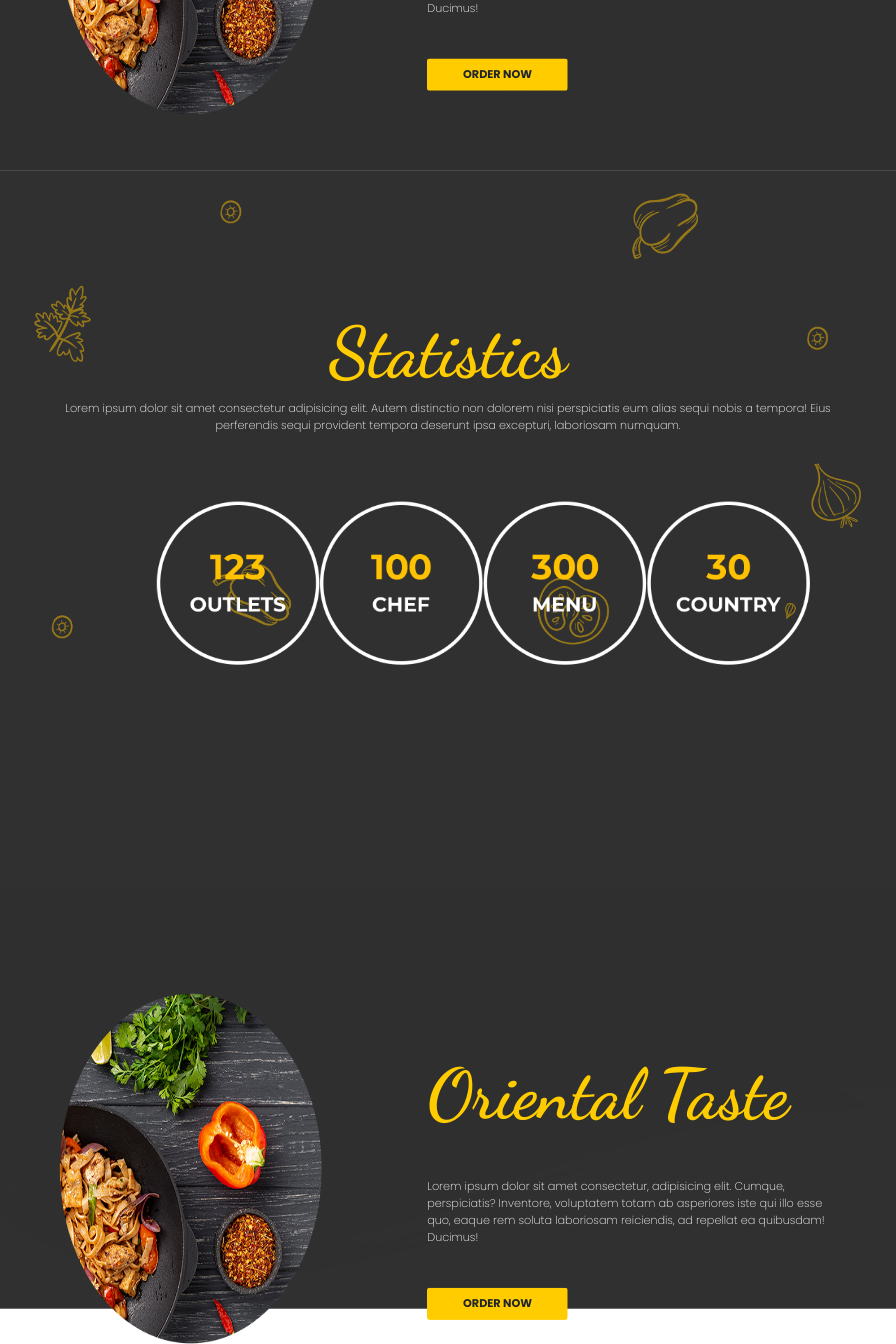
Repository: iphoneboy46/templateRestaurent
Page: index.html
An editor plug-in stored every save of this project. The page is shown before and after the next save, followed by the edit.
The browser window is 1280 px wide. The pictures show the part of the page from y = 2341 to 4261 px (the page is 4261 px tall before and 4081 px after), at 70% of full size.

Above is the page before, as saved 2022-10-12 16:30:49.

### index.html
<!DOCTYPE html>
<html lang="en">

<head>
    <meta charset="UTF-8">
    <meta http-equiv="X-UA-Compatible" content="IE=edge">
    <meta name="viewport" content="width=device-width, initial-scale=1.0">
    <link rel="stylesheet" href="https://cdn.jsdelivr.net/npm/bootstrap@4.3.1/dist/css/bootstrap.min.css"
        integrity="sha384-ggOyR0iXCbMQv3Xipma34MD+dH/1fQ784/j6cY/iJTQUOhcWr7x9JvoRxT2MZw1T" crossorigin="anonymous">
    <script src="https://code.jquery.com/jquery-3.3.1.slim.min.js"
        integrity="sha384-q8i/X+965DzO0rT7abK41JStQIAqVgRVzpbzo5smXKp4YfRvH+8abtTE1Pi6jizo"
        crossorigin="anonymous"></script>
    <script src="https://cdn.jsdelivr.net/npm/popper.js@1.14.7/dist/umd/popper.min.js"
        integrity="sha384-UO2eT0CpHqdSJQ6hJty5KVphtPhzWj9WO1clHTMGa3JDZwrnQq4sF86dIHNDz0W1"
        crossorigin="anonymous"></script>
    <script src="https://cdn.jsdelivr.net/npm/bootstrap@4.3.1/dist/js/bootstrap.min.js"
        integrity="sha384-JjSmVgyd0p3pXB1rRibZUAYoIIy6OrQ6VrjIEaFf/nJGzIxFDsf4x0xIM+B07jRM"
        crossorigin="anonymous"></script>
    <link rel="stylesheet" href="https://cdnjs.cloudflare.com/ajax/libs/font-awesome/6.2.0/css/all.min.css"
        integrity="sha512-xh6O/CkQoPOWDdYTDqeRdPCVd1SpvCA9XXcUnZS2FmJNp1coAFzvtCN9BmamE+4aHK8yyUHUSCcJHgXloTyT2A=="
        crossorigin="anonymous" referrerpolicy="no-referrer" />
    <link rel="stylesheet" href="style.css">
    <title>Document</title>
</head>

<body>
    <header class="header container-fluid">
        <nav class="menu__list pt-3">
           <div class="logo">
                <a class="navbar-brand">
                    <img src="images/logo.png" alt="">
                </a>
           </div>
            <ul class="menu__items">
                <li class="nav-item">
                    <a class="nav-link text-white" href="#">Home</a>
                </li>
                <li class="nav-item">
                    <a class="nav-link text-white" href="#">Product</a>
                </li>
                <li class="nav-item">
                    <a class="nav-link text-white" href="#">Promo</a>
                </li>
                <li class="nav-item">
                    <a class="nav-link text-white" href="#">About</a>
                </li>
                <li class="nav-item">
                    <a class="nav-link text-white" href="#">Contact</a>
                </li>
            </ul>
            <div class="item--search">
                <i class="fa-solid fa-magnifying-glass"></i>
            </div>
        </nav>
        <div class="header__content">
            <h1>Title Here</h1>
            <p>Lorem ipsum dolor sit amet consectetur, adipisicing elit. Cumque, perspiciatis? Inventore, voluptatem totam ab asperiores iste qui illo esse quo, eaque rem soluta laboriosam reiciendis, ad repellat ea quibusdam! Ducimus!</p>
            <button type="button" class="btn">ORDER NOW</button>
        </div>
    </header>
    <section class="section">
        <div class="section__best-seller container">
            <h1>Best seller</h1>
            <p>Lorem ipsum dolor sit amet consectetur adipisicing elit. Autem distinctio non dolorem nisi perspiciatis eum alias sequi nobis a tempora! Eius perferendis sequi provident tempora deserunt ipsa excepturi, laboriosam numquam.</p>
            <div class="section__best-seller--list">
                <div class="section__best-seller--item">
                    <div>
                        <img src="images/img1.png" alt="">
                    </div>
                    <div>
                        <h2>Title Here</h2>
                    </div>
                    <div>
                        <p>Lorem ipsum dolor sit amet consectetur adipisicing elit. </p>
                    </div>
                </div>
                <div class="section__best-seller--item">
                    <div>
                        <img src="images/img2.png" alt="">
                    </div>
                    <div>
                        <h2>Title Here</h2>
                    </div>
                    <div>
                        <p>Lorem ipsum dolor sit amet consectetur adipisicing elit. </p>
                    </div>
                </div>
                <div class="section__best-seller--item">
                    <div>
                        <img src="images/img3.png" alt="">
                    </div>
                    <div>
                        <h2>Title Here</h2>
                    </div>
                    <div>
                        <p>Lorem ipsum dolor sit amet consectetur adipisicing elit. </p>
                    </div>
                </div>
            </div>
        </div>
        <div class="section__Oriental">
           <div class="section__Oriental--content container">
                <div class="section__Oriental--img">
                    <img src="images/img8.png" alt="">
                </div>
                <div class="section__Oriental--title">
                    <h1>Oriental Taste</h1>
                    <p>Lorem ipsum dolor sit amet consectetur, adipisicing elit. Cumque, perspiciatis? Inventore, voluptatem totam ab asperiores iste qui illo esse quo, eaque rem soluta laboriosam reiciendis, ad repellat ea quibusdam! Ducimus!</p>
                    <button type="button" class="btn">ORDER NOW</button>
                </div>
           </div>
        </div>
        <div class="section__Statistics">
            <div class="section__Statistics--title container">
                <h1>Statistics</h1>
                <p>Lorem ipsum dolor sit amet consectetur adipisicing elit. Autem distinctio non dolorem nisi perspiciatis eum alias sequi nobis a tempora! Eius perferendis sequi provident tempora deserunt ipsa excepturi, laboriosam numquam.</p>
            </div>
            <div class="section__Statistics--img">
                <img src="images/img7.png" alt="">
                <img src="images/img6.png" alt="">
                <img src="images/img5.png" alt="">
                <img src="images/img4.png" alt="">
            </div>
            <div class="section__Chicken">
                <div class="section__Oriental--content container">
                    <div class="section__Oriental--img">
                        <img src="images/img8.png" alt="">
                    </div>
                    <div class="section__Oriental--title">
                        <h1>Oriental Taste</h1>
                        <p>Lorem ipsum dolor sit amet consectetur, adipisicing elit. Cumque, perspiciatis? Inventore, voluptatem totam ab asperiores iste qui illo esse quo, eaque rem soluta laboriosam reiciendis, ad repellat ea quibusdam! Ducimus!</p>
                        <button type="button" class="btn">ORDER NOW</button>
                    </div>
               </div>
            </div>
        </div>
    </section>
</body>

</html>

### style.css
@import url('https://fonts.googleapis.com/css2?family=Poppins:wght@200&display=swap');
@import url('https://fonts.googleapis.com/css2?family=Dancing+Script:wght@700&family=Great+Vibes&family=Pacifico&family=Poppins:wght@200;700&family=Yellowtail&display=swap');
@import url('https://fonts.googleapis.com/css2?family=Dancing+Script:wght@700&family=Pacifico&family=Poppins:wght@200&display=swap');


* {
    padding: 0;
    margin: 0;
    box-sizing: border-box;
    font-family: 'Poppins', sans-serif;
    text-decoration: none;
    list-style: none;
}

.logo {
    width: 30%;
}

.header {
    background-image: url(images/header.png);
    width: 100%;
    height: 1000px;
    background-size: 100%;
    background-repeat: no-repeat;
    object-fit: fill;
}

.menu__list {
    display: flex;
    justify-content: space-between;
    align-items: center;
}

.menu__items {
    display: flex;
    justify-content: space-between;
    align-items: center;
    width: 50%;
}

.menu__items li a {
    font-size: 30px;
}


.item--search i {
    margin-right: 10px;
    color: white;
    font-size: 30px;
}

.header__content {
    width: 635px;
    position: absolute;
    top: 50%;
    left: 65%;
    transform: translate(-50%, -50%)
}



.header__content h1 {
    color: #ffcc00;
    font-size: 130px;
    font-weight: bold;
    font-family: 'Dancing Script', sans-serif;
}

.header__content p {
    font-size: 18px;
    color: white;
    line-height: 30px;
    margin-top: 30px;
    margin-bottom: 30px;
}

.header__content .btn {
    background-color: #ffcc00;
    font-weight: 800;
    padding: 10px 50px;
}

.section {
    margin-top: 140px;
}

.section__best-seller h1 {
    text-align: center;
    font-size: 50px;
    font-family: 'Dancing Script', sans-serif;
}

.section__best-seller p {
    text-align: center;
    font-weight: 500;
    margin-top: 20px;
    margin-bottom: 40px;
}

.section__best-seller--list {
    display: flex;
    justify-content: space-between;
    align-items: center;
}

.section__best-seller--item {
    display: flex;
    flex-direction: column;
    justify-content: space-around;
    align-items: center;
}

.section__best-seller--item h2 {
    text-align: center;
    margin-top: 5px;
    font-family: 'Dancing Script', sans-serif;
    font-weight: bolder;
}

.section__Oriental {
    margin-top: 150px;
    background-image: url(images/Design3.png);
    width: 100%;
    background-repeat: no-repeat;
    background-size: 100%;
    padding-bottom: 80px;
}

.section__Oriental--content {
    display: flex;
    justify-content: space-between;
    align-items: center;
}

.section__Oriental--img {
    margin-top:150px;
    width: 100%;
    height: 500px;
}

.section__Oriental--img img {
    width: 100%;
    height: 100%;
}

.section__Oriental--title{
    margin-left:150px;
    margin-top: 200px;
}


.section__Oriental--title h1 {
    color: #ffcc00;
    font-size: 100px;
    font-weight: bold;
    font-family: 'Dancing Script', sans-serif;
}

.section__Oriental--title p {
    color: white;
    font-size:16px;
    margin-top: 60px;
    margin-bottom: 60px;
}

.section__Oriental--title .btn {
    background-color: #ffcc00;
    font-weight: 800;
    padding: 10px 50px;
}

.section__Statistics{
    background-image: url(images/Design2.png);
    background-color: #303030;
    background-repeat: no-repeat;
    background-size: 100%;
    padding-top: 200px;
    width: 100%;

}

.section__Statistics--title h1{
    color: #ffcc00;
    font-size: 100px;
    font-weight: bold;
    font-family: 'Dancing Script', sans-serif;
    text-align: center;
}

.section__Statistics--title p {
    text-align: center;
    color: white;
}

.section__Statistics--img{
    width: 65%;
    margin: auto;
    display: flex;
    justify-content: space-between;
    align-items: center;
    margin-top: 97px;
}

.section__Chicken{
    background-image: url(images/Design4.png);
    width: 100%;
    height: 600px;
    background-repeat: no-repeat;
    background-size: 100%;
    margin-top: 320px;
}

After the next save:
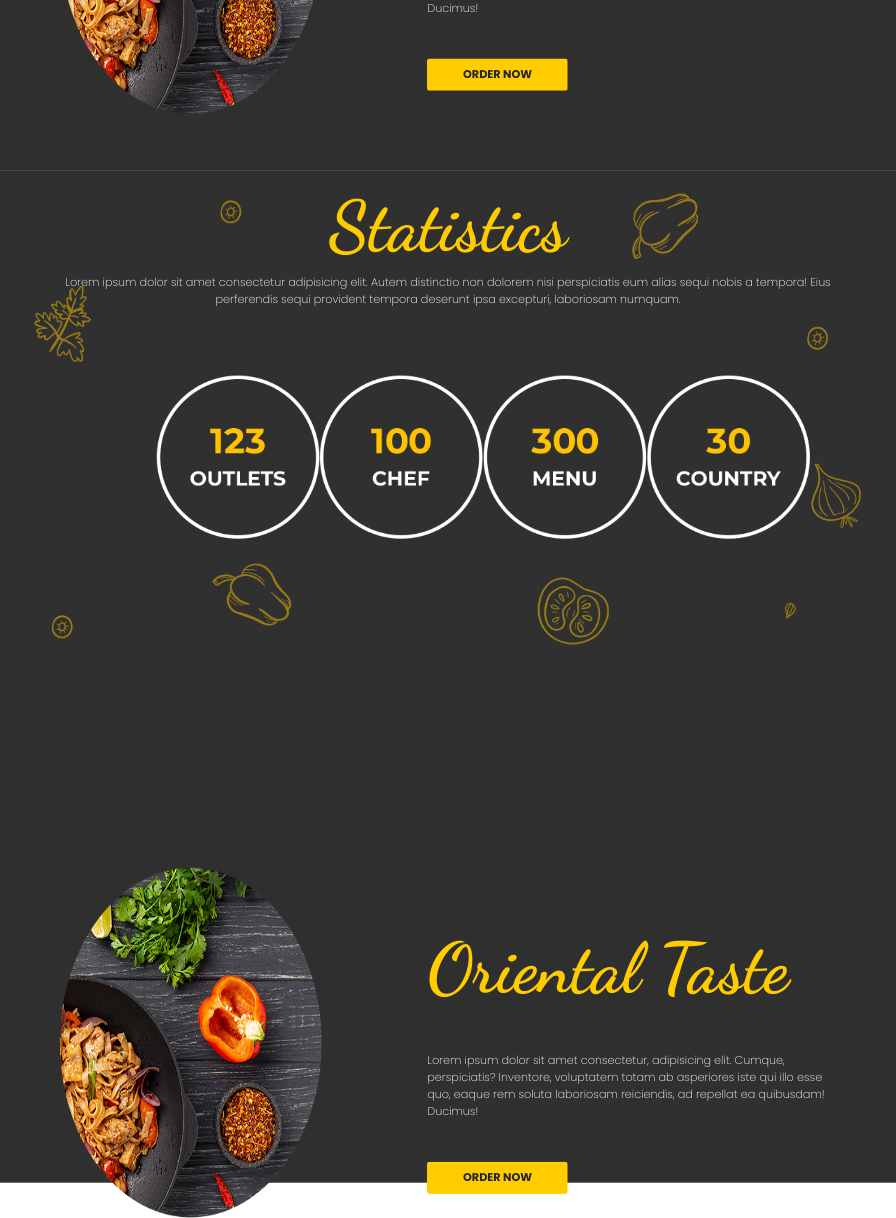
Saved 25 s later.
--- a/style.css
+++ b/style.css
@@ -174,7 +174,7 @@
     background-color: #303030;
     background-repeat: no-repeat;
     background-size: 100%;
-    padding-top: 200px;
+    padding-top: 20px;
     width: 100%;
 
 }

After the save that followed:
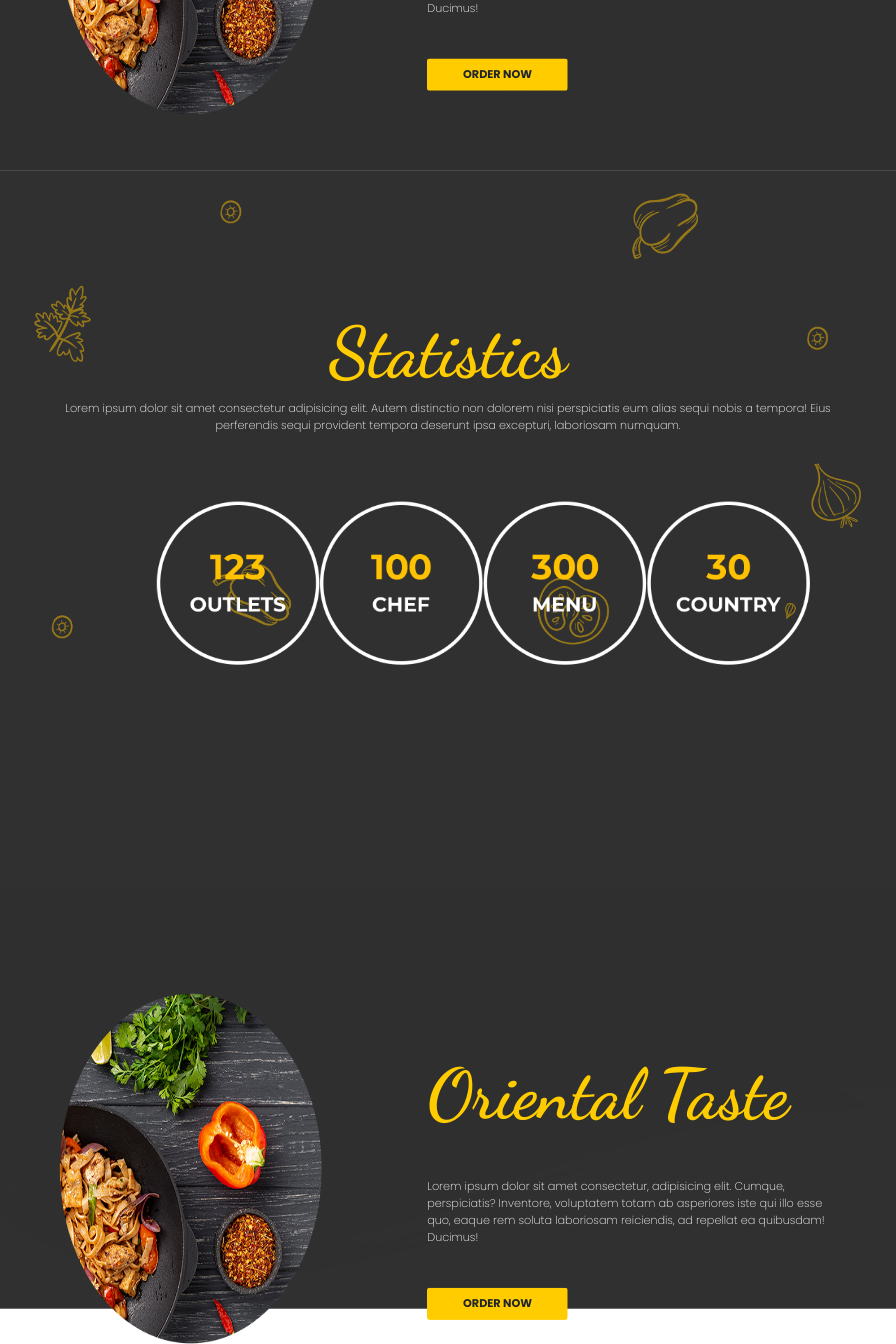
Saved 9 s later.
--- a/style.css
+++ b/style.css
@@ -174,7 +174,7 @@
     background-color: #303030;
     background-repeat: no-repeat;
     background-size: 100%;
-    padding-top: 20px;
+    padding-top: 200px;
     width: 100%;
 
 }
